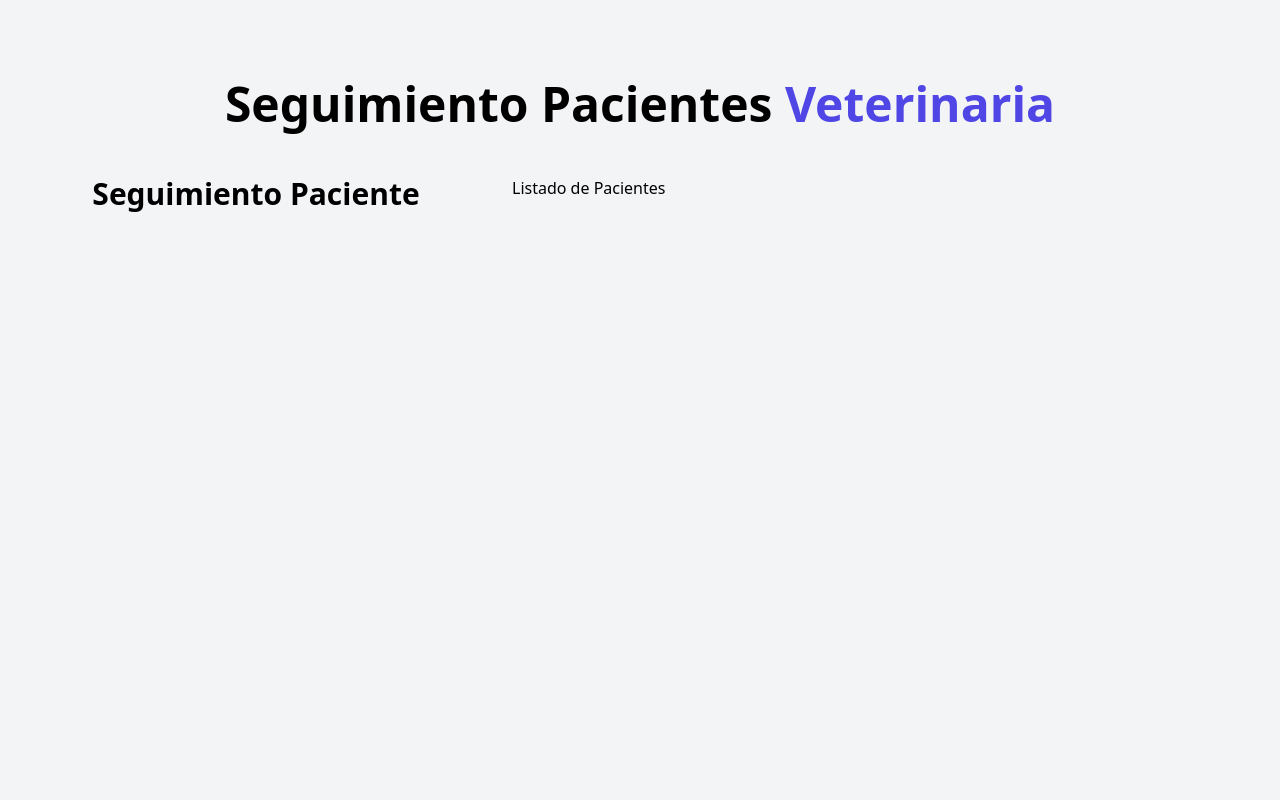
Repository: richardacb/citas_react_vite
Page: /
The author's editor kept a copy of each file at every save. The page is drawn from the files as they stood at one save, then again after a run of saves.
The browser window is 1280 px wide. The pictures show the whole page.
The project was rebuilt for these pictures with package versions that can differ from the ones it lists, and the page was loaded fresh each time. Also part of the build but not shown: vite.config.js.

Above is the page before, as saved 2022-12-17 02:36:20.

After the next 7 saves:
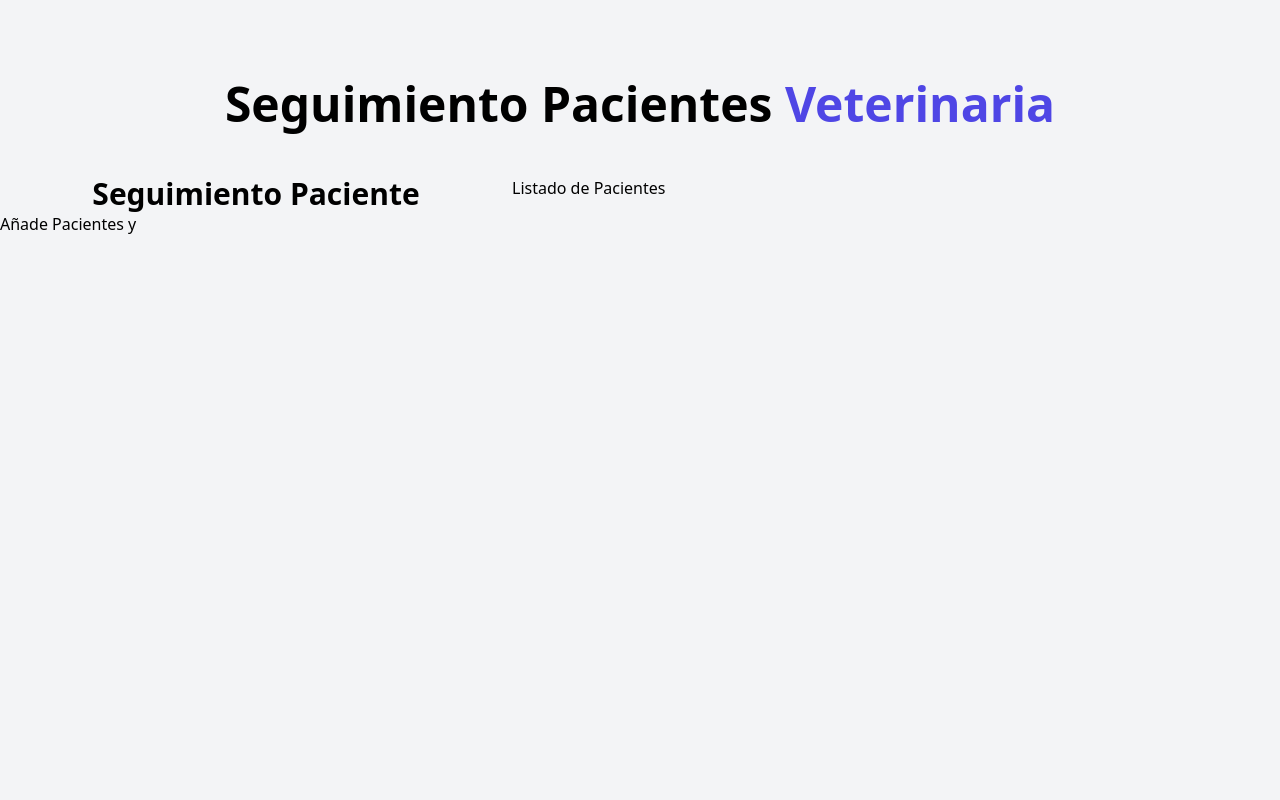
The 7 saves are shown as one change because they came seconds apart.
The last was saved 22 s later.
--- a/src/components/Formulario.jsx
+++ b/src/components/Formulario.jsx
@@ -4,7 +4,7 @@ const Formulario = () => {
             <h2 className="font-black text-3xl text-center">Seguimiento Paciente</h2>
 
             <p>
-
+                Añade Pacientes y {''}
             </p>
         </div>
     )
